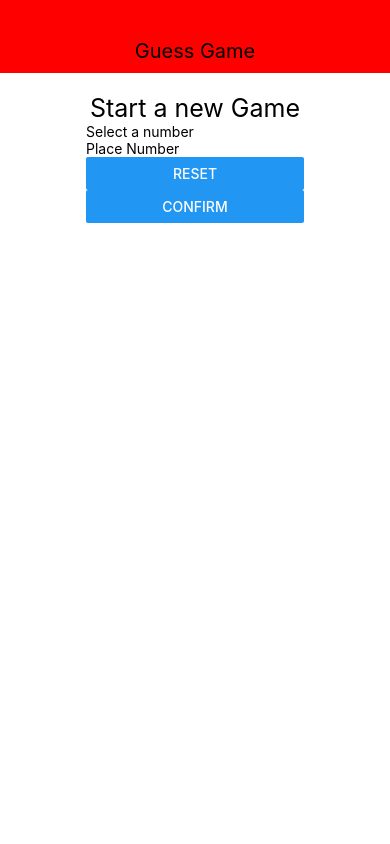
Repository: Celebration-cloud/Guess-number
Screen: /
The author's editor kept a copy of each file at every save. The screen is drawn from the files as they stood at one save, then again after a run of saves.
The app was drawn by React Native's web renderer in a window 390 px wide. The project was rebuilt for these pictures with package versions that can differ from the ones it lists, and the page was loaded fresh each time.

Above is the screen before, as saved 2024-06-10 13:49:31.

After the next 3 saves:
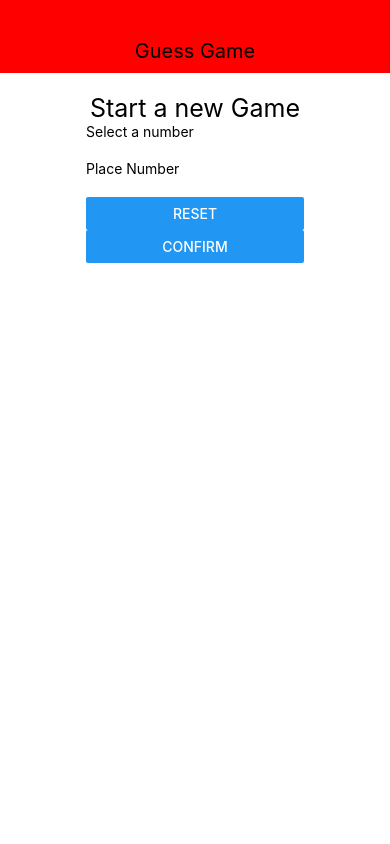
The 3 saves are shown as one change because they came seconds apart.
The last was saved 14 s later.
--- a/components/srceen/StartScreen.jsx
+++ b/components/srceen/StartScreen.jsx
@@ -27,6 +27,6 @@ const styles = StyleSheet.create({
         fontSize: 25
     },
     content: {
-
+        gap: 20
     }
 })
